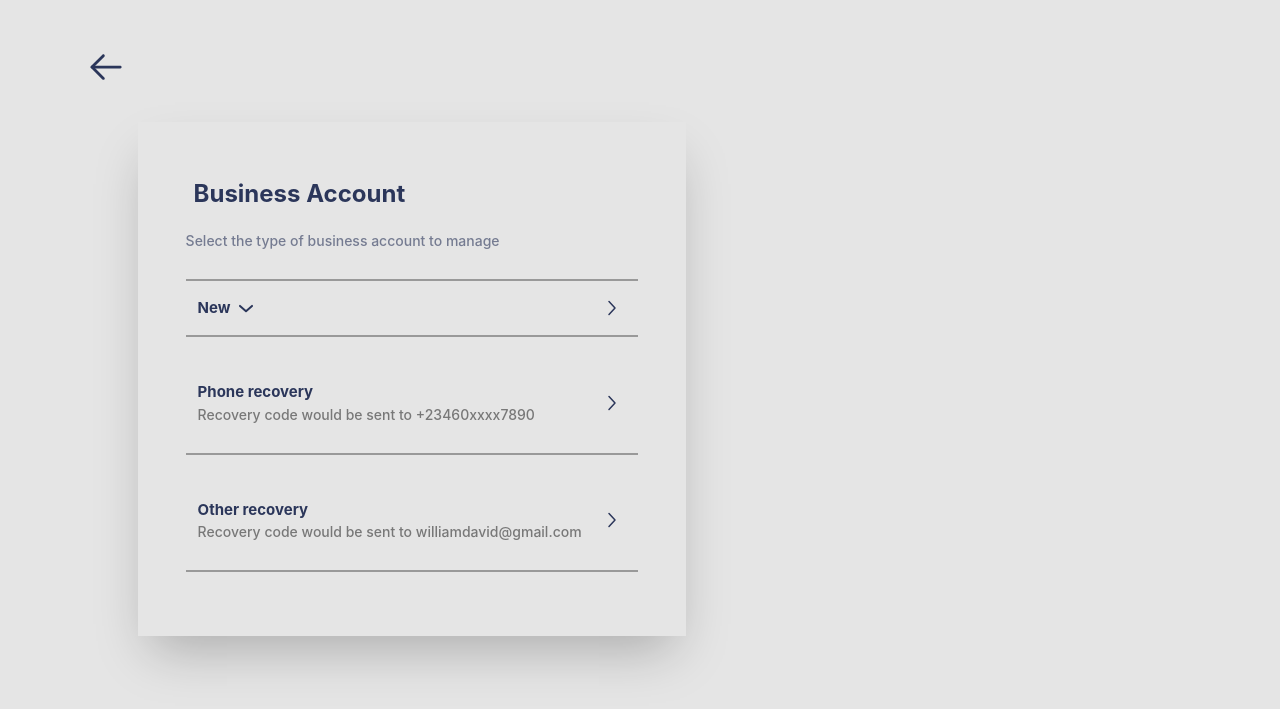
Repository: Osomhe1/findme_task
Page: /account
An editor plug-in stored every save of this project. The page is shown before and after the next save, followed by the edit.
The browser window is 1280 px wide. The pictures show the whole page.
The project was rebuilt for these pictures with package versions that can differ from the ones it lists, and the page was loaded fresh each time. Also part of the build but not shown: src/component/Clip.css, src/component/Logo.js, src/component/Drag.js, src/component/Memories.js, src/component/Publish.js, src/component/Insight.js, src/component/User.js, src/component/Clip.js and 20 more.

Above is the page before, as saved 2023-04-10 09:22:46.

After the next save:
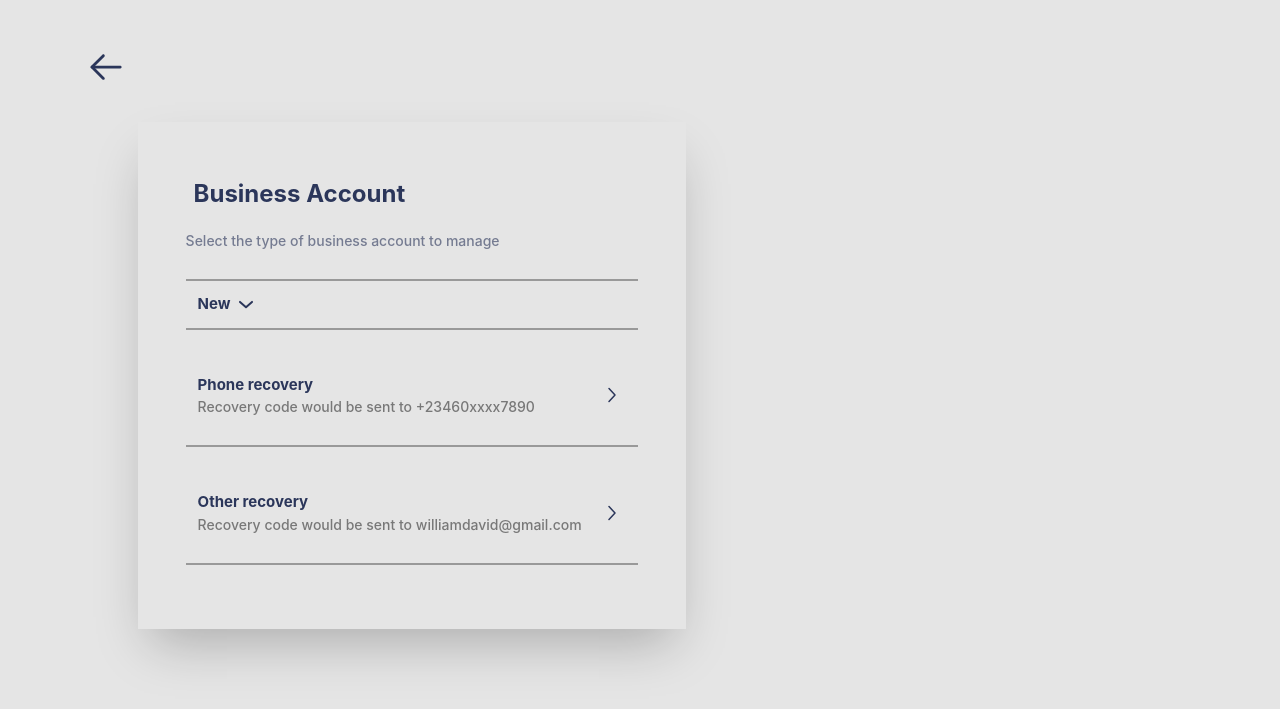
Saved 8 s later.
--- a/src/component/pages/Account.js
+++ b/src/component/pages/Account.js
@@ -63,21 +63,7 @@ export default function Account() {
                   </div>
                 </Link>
                 <div className="">
-                  <svg
-                    width="28"
-                    height="30"
-                    viewBox="0 0 28 30"
-                    fill="none"
-                    xmlns="http://www.w3.org/2000/svg"
-                  >
-                    <path
-                      d="M11 21.4284L17 14.9999L11 8.57129"
-                      stroke="#2B365A"
-                      stroke-width="1.5"
-                      stroke-linecap="round"
-                      stroke-linejoin="round"
-                    />
-                  </svg>
+
                 </div>
               </div>
               <div className="flex gap-4 items-center justify-between w-full border-[#999999] p-3 my-4 border-b-2  ">
